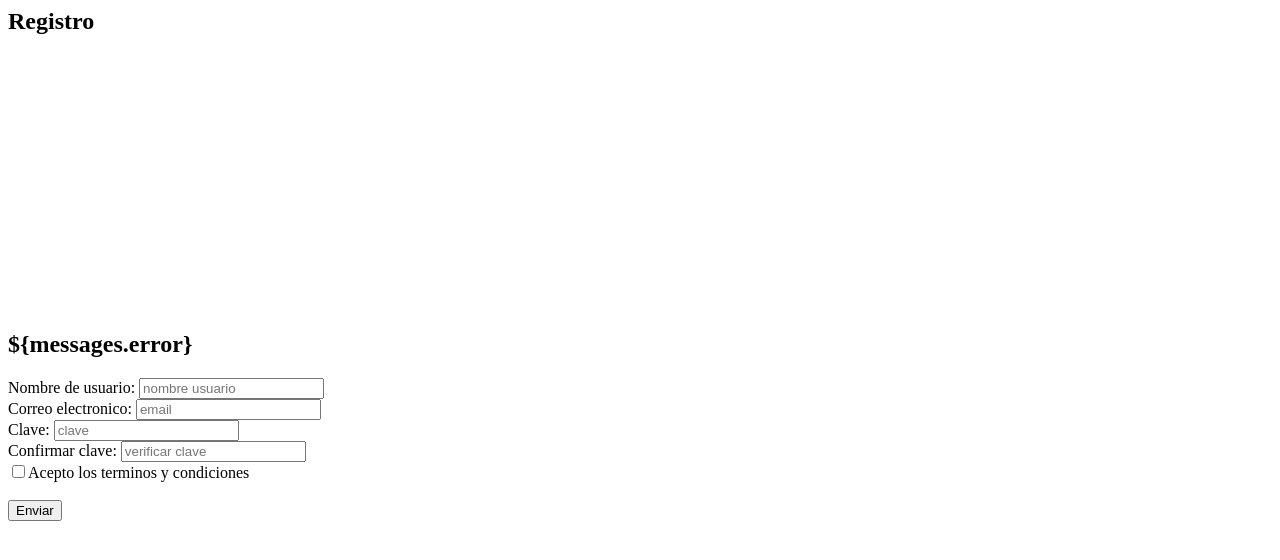
Repository: danielcb29/InternetProgramming
Page: meneamedc/WebContent/pages/registro-usuario.html
An editor plug-in stored every save of this project. The page is shown before and after the next save, followed by the edit.
The browser window is 1280 px wide. The pictures show the whole page.

Above is the page before, as saved 2016-05-08 21:16:48.

### meneamedc/WebContent/pages/registro-usuario.html
<h2 id="titulo">Registro</h2>
<section id="bloque-registro">
	<div class="img-sg">
		<img alt="" src="${pageContext.request.contextPath}/img/reg.png">
	</div>
	<div id="inputs">
		<form action="" method="post" id="form-registro">
			<h2>${messages.error}</h2>
			<div class="row">
				<label>Nombre de usuario:</label> <input class="rg-inp" type="text"
					name="name" placeholder="nombre usuario" required>
				<!--  input type="button" value="Verificar"-->
			</div>
			<div class="row">
				<label>Correo electronico:</label> <input class="rg-inp"
					type="email" name="email" placeholder="email">
			</div>
			<div class="row">
				<label>Clave:</label> <input class="rg-inp" type="password"
					name="password" placeholder="clave" required>
			</div>
			<div class="row">
				<label>Confirmar clave:</label> <input class="rg-inp"
					type="password" name="confirmpassword"
					placeholder="verificar clave" required>
			</div>
			<input type="checkbox" required name="vehicle" value="ok">Acepto
			los terminos y condiciones <br />
			<br /> <input class="rg-bt" type="submit" value="Enviar">
		</form>
	</div>
</section>

After the next save:
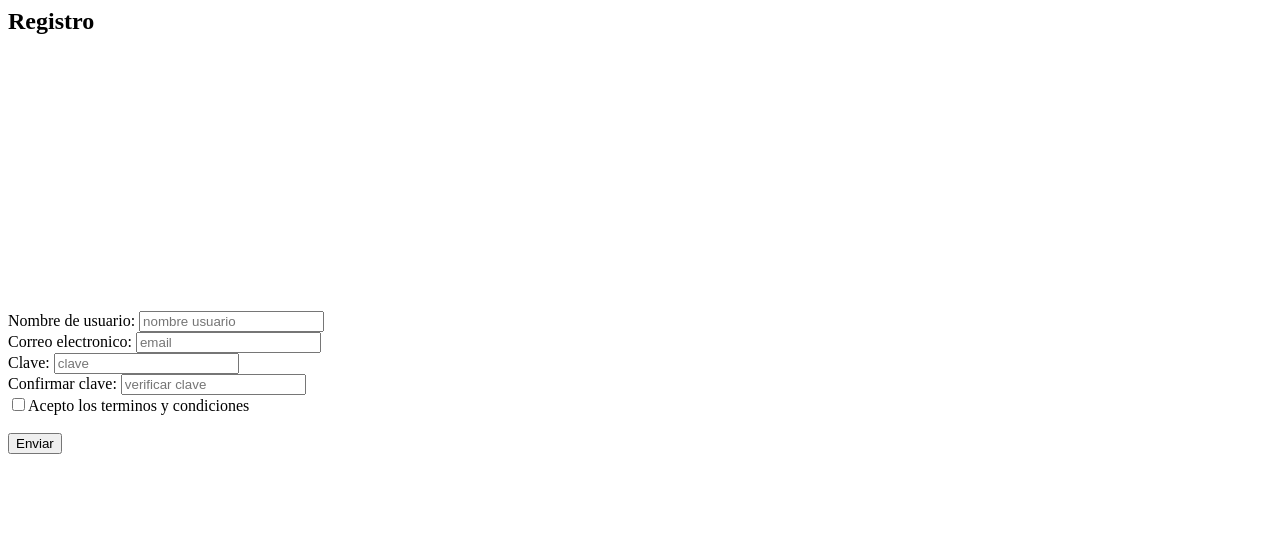
Saved 41 s later.
--- a/meneamedc/WebContent/pages/registro-usuario.html
+++ b/meneamedc/WebContent/pages/registro-usuario.html
@@ -5,7 +5,6 @@
 	</div>
 	<div id="inputs">
 		<form action="" method="post" id="form-registro">
-			<h2>${messages.error}</h2>
 			<div class="row">
 				<label>Nombre de usuario:</label> <input class="rg-inp" type="text"
 					name="name" placeholder="nombre usuario" required>
